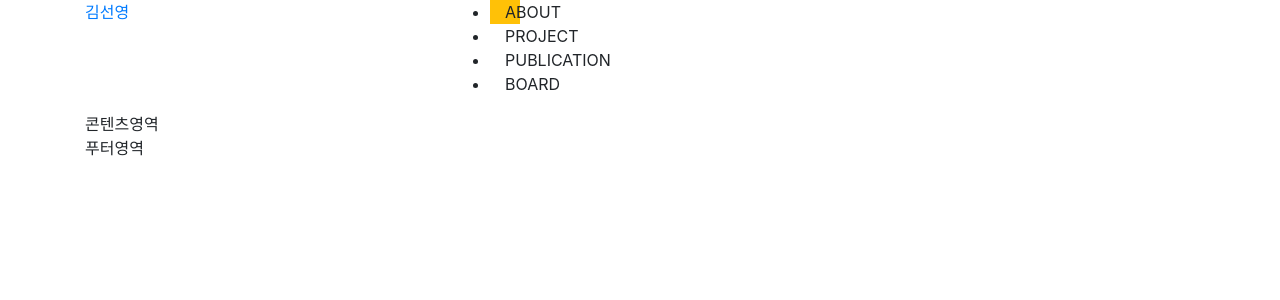
Repository: supremest35/web-projects
Page: http://localhost/noticeboard/
The author's editor kept a copy of each file at every save. The page is drawn from the files as they stood at one save, then again after the next save.
The browser window is 1280 px wide. The pictures show the whole page.
The page is served by Tomcat 9.

Above is the page before, as saved 2020-12-06 03:01:56.

After the next save:
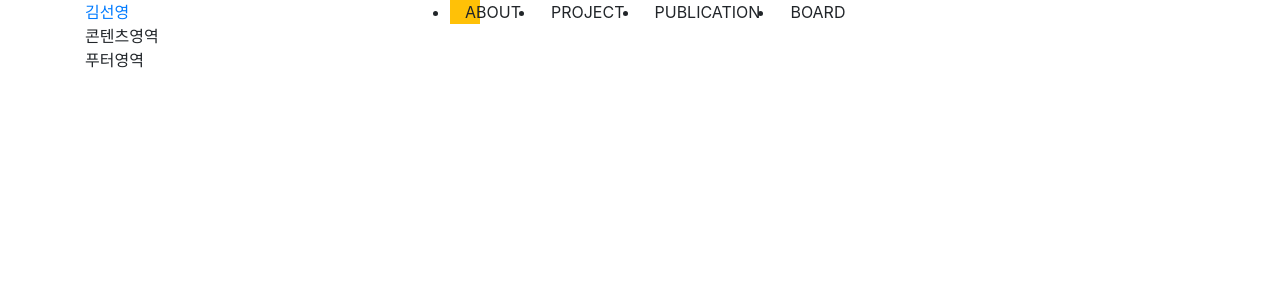
Saved 2 min 24 s later.
--- a/noticeboard/WebContent/index.jsp
+++ b/noticeboard/WebContent/index.jsp
@@ -16,7 +16,7 @@
 	<div class="row">
 		<div class="col-2"><a href="index.jsp">김선영</a></div>
 		<div class="col-2"></div>
-		<ul>
+		<ul class="list-group list-group-horizontal">
 			<li><div class="col-2 bg-warning">ABOUT</div></li>
 			<li><div class="col-2">PROJECT</div></li>
 			<li><div class="col-2">PUBLICATION</div></li>
